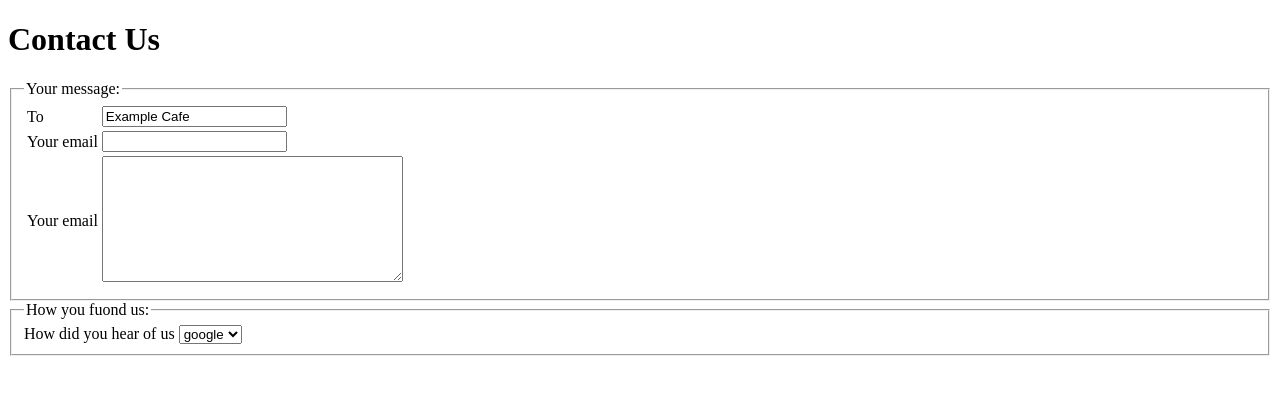
Repository: PhamChiXuan1/HTCNW_tuan3_DHCNTT16C_PhamChiXuan_20030131
Page: bt15.html
These files come from the project's save history. The page is drawn as it stood at one moment and after the next save; the edit follows.
The browser window is 1280 px wide. The pictures show the whole page.

Above is the page before, as saved 2022-02-28 11:57:56.

After the next save:
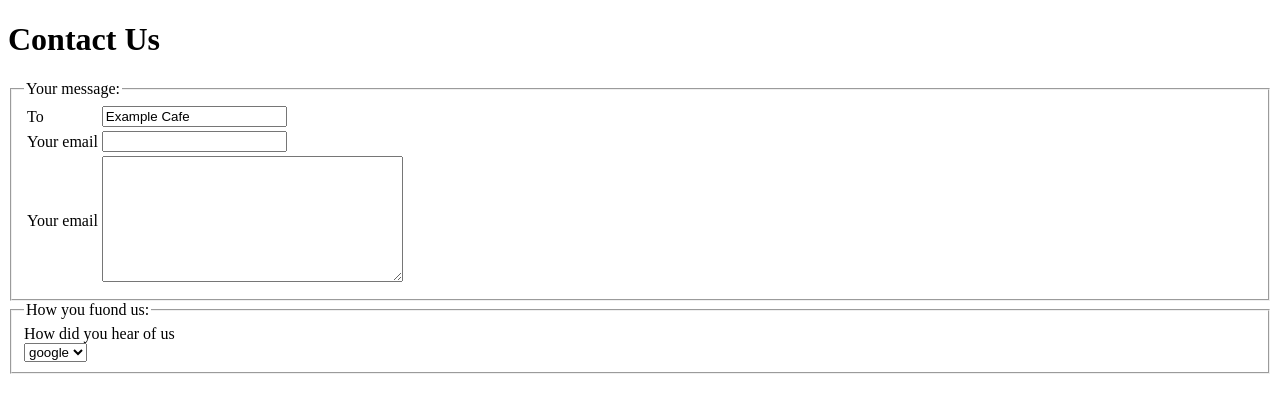
Saved 24 s later.
--- a/bt15.html
+++ b/bt15.html
@@ -29,7 +29,7 @@
         <legend>How you fuond us:</legend>
         <tr>
             <td>
-                How did you hear of us
+                <table>How did you hear of us</table>
             <td>
                 <select>
                     <option>google</option>

After the save that followed:
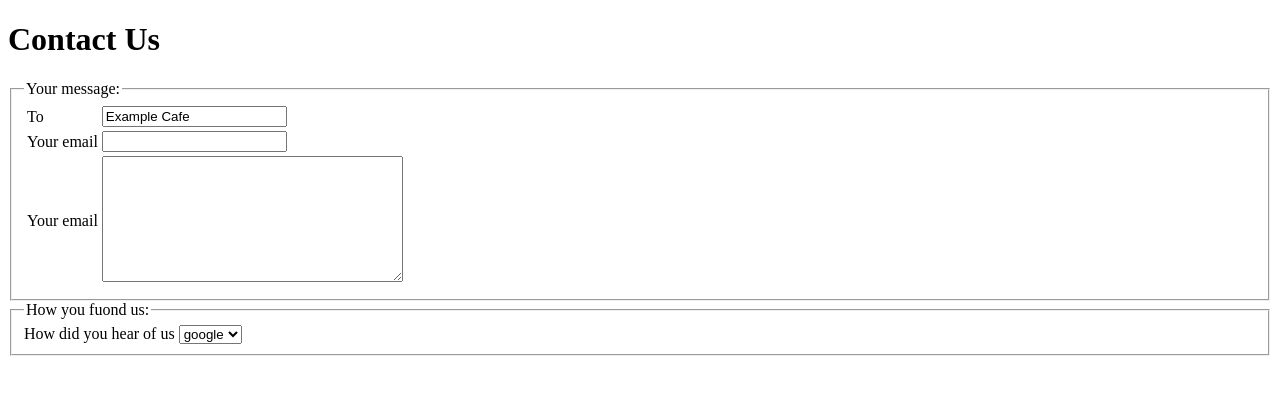
Saved 16 s later.
--- a/bt15.html
+++ b/bt15.html
@@ -29,7 +29,7 @@
         <legend>How you fuond us:</legend>
         <tr>
             <td>
-                <table>How did you hear of us</table>
+                How did you hear of us
             <td>
                 <select>
                     <option>google</option>
